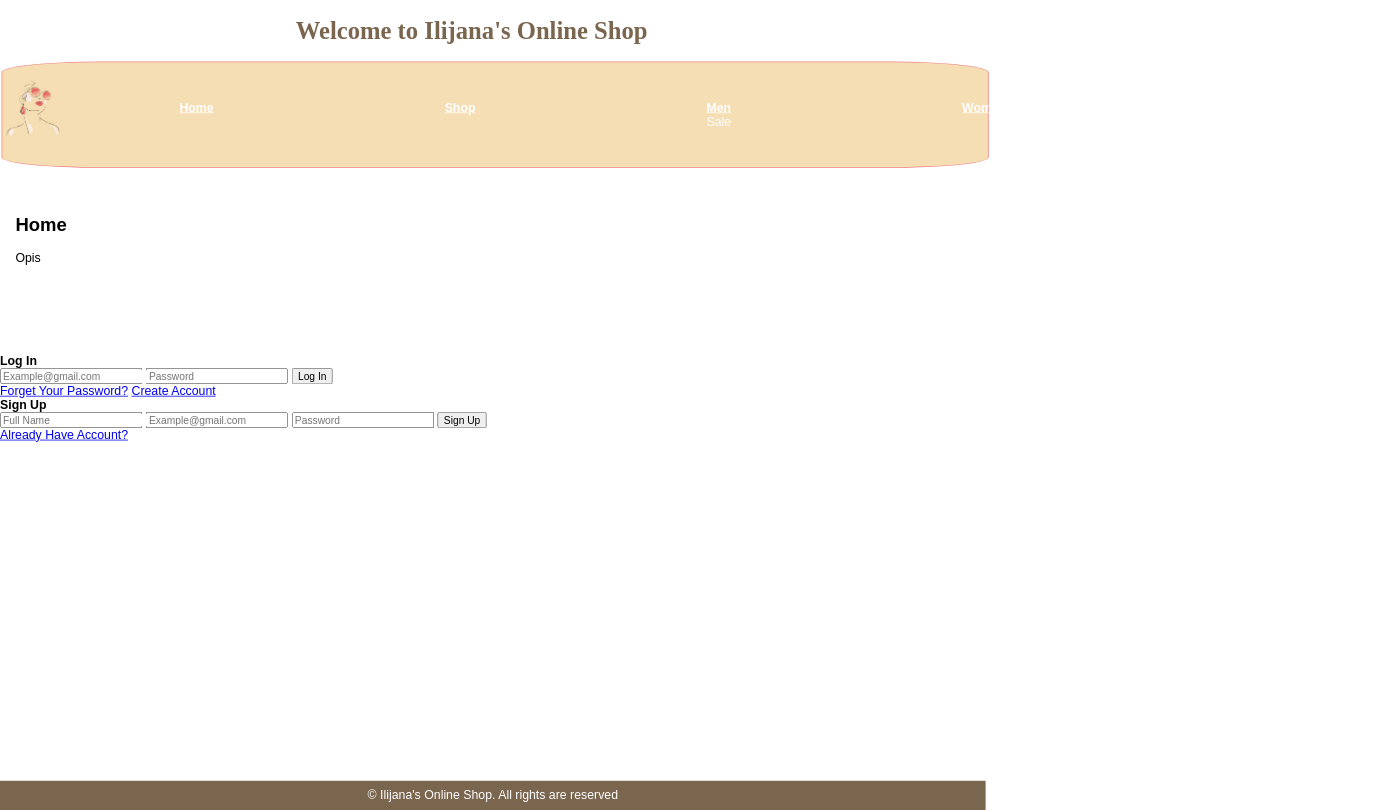
Repository: ilijana123/Proekt1
Page: html.html
These files come from the project's save history. The page is drawn as it stood at one moment and after the next save; the edit follows.
The browser window is 1280 px wide. The page is 1801 px wide, so the pictures cover 1801 px, including what lies to the right of the window. The pictures show the whole page, at 77% of full size.

Above is the page before, as saved 2023-11-13 02:08:30.

### html.html
<!DOCTYPE html>
<html>
    <head>

    <meta charset="utf-8">
    <title>Online shop</title>
    <link rel="stylesheet" type="text/css" href="1.css">
    <script src="script.js"></script>

    </head>

    <body>
    <header>
       <h1>Welcome to Ilijana's Online Shop</h1>
    </header>

    <nav>
        <div class="social-call">
        <div class="social">
            <a href="#"><i class="fab fa-facebook-f"></i></a>
            <a href="#"><i class="fab fa-twitter"></i></a>
            <a href="#"><i class="fab fa-youtube"></i></a>
            <a href="#"><i class="fab fa-instagram"></i></a>
        </div>
        </div>
        <div class="navigation">
            <a href="#" class="logo"><img src="logo.png"></a>
            <div class="toggle"></div>
            <ul class="menu">
            <li><a href="#">Home</a></li>
            <li  class="shop"><a href="#" >Shop</a></li>
            <li><a href="#">Men</a>
                <span class="sale-lable">Sale</span>
            </li>
            <li><a href="#">Women</a></li>
            <li><a href="#">Kids</a></li>
            </ul>
            <div class="right-menu">
            <a href="javascript:void(0);" class="search">
                <i class="fas fa-search"></i>
            </a>
            <a href="javascript:void(0);" class="user">
                <i class="far fa-user"></i>
            </a>
            <a href="#">
                <i class="fas fa-shopping-cart">
                    <span class="num-cart-product">0</span>
                </i>
            </a>
            </div>
        </div>
    </nav>

       <section id="home">
            <h2>Home</h2>
            <p>Opis</p>
        </section>
        <section id="contact"></section>
            <div class="form">
                <div class="login-form">
                    <a href="javascript:void(0);" class="form-cancel">
                        <i class="fas fa-times"></i>
                    </a>
                    <strong>Log In</strong>
                    <form>
                        <input type="email" name="email" placeholder="Example@gmail.com" required/>
                        <input type="password" name="password" placeholder="Password" required/>
                        <input type="submit" value="Log In"/>
                    </form>
                    <div class="form-btns">
                        <a href="#" class="forget">Forget Your Password?</a>
                        <a href="javascript:void(0);" class="sign-up-btn">Create Account</a>
                    </div>
                </div>
                    <div class="sign-up-form">
                    <a href="javascript:void(0);" class="form-cancel">
                        <i class="fas fa-times"></i>
                    </a>
                        <strong>Sign Up</strong>
                        <form>
                            <input type="text" name="fullname" placeholder="Full Name" required/>
                            <input type="email" name="email" placeholder="Example@gmail.com" required/>
                            <input type="password" name="password" placeholder="Password" required/>
                            <input type="submit" value="Sign Up"/>
                        </form>
                        <div class="form-btns">
                            <a href="javascript:void(0);" class="already-account">
                                Already Have Account?</a>

                        </div>
                    </div>
            </div>
       </section>

       <section id="category1"></section>
       <section id="category2"></section>
       <section id="category3"></section>
       <section id="instagram"></section>
      <section id="survey">
      </section>
      <section id="questionnaire">
      </section>
      <section id="contact">
      </section>
       <footer> &copy; Ilijana's Online Shop. All rights are reserved</footer>

    </body>
</html>

### 1.css
h1  {
        font-family: fantasy;
        color:rgb(122, 101, 79);
        position:relative;
        margin-left: 30%;
    }
    body
    {
        margin: 0;
        padding: 0;
        font-family: Arial, sans-serif;
    }
    .navigation
    {
        display:flex;
        justify-content: space-between;
        allign-items: center;
        background-color: wheat;
        margin:auto;
        position: relative;
        color: white;
        padding:auto;
        left: 2px;
        right: 2px;
        width: 100%;
        z-index: 100;
        border: 1px solid rgba(0,0,0,03);
        border-radius: 10%;
        border-color: lightcoral;
    }
    nav ul
    {
        list-style-type: none;
        margin: 0;
        padding: 0;
        display: flex;
        margin-top: 50px;
        flex-direction: row;
    }
    nav ul li
    {
        display: block;
        margin-bottom: 50px;
        margin-right: 150px;
        margin-left:150px;
    }
    section {
        padding: 20px;
        margin: 20px 0;
    }
    nav a
    {
        color: white;
        font-weight:bolder;
        size: 50px;
    }
    nav a:hover {
        color:rgb(122, 101, 79);
    }

    footer {
        background-color:rgb(122, 101, 79);
        color: white;
        text-align: center;
        padding: 10px;
    }
    .logo img
    {
        height: 80px;
        margin-top: 20px;
    }

### script.js
function btnClicked()
{
    document.location.href="html1.html";
}

After the next save:
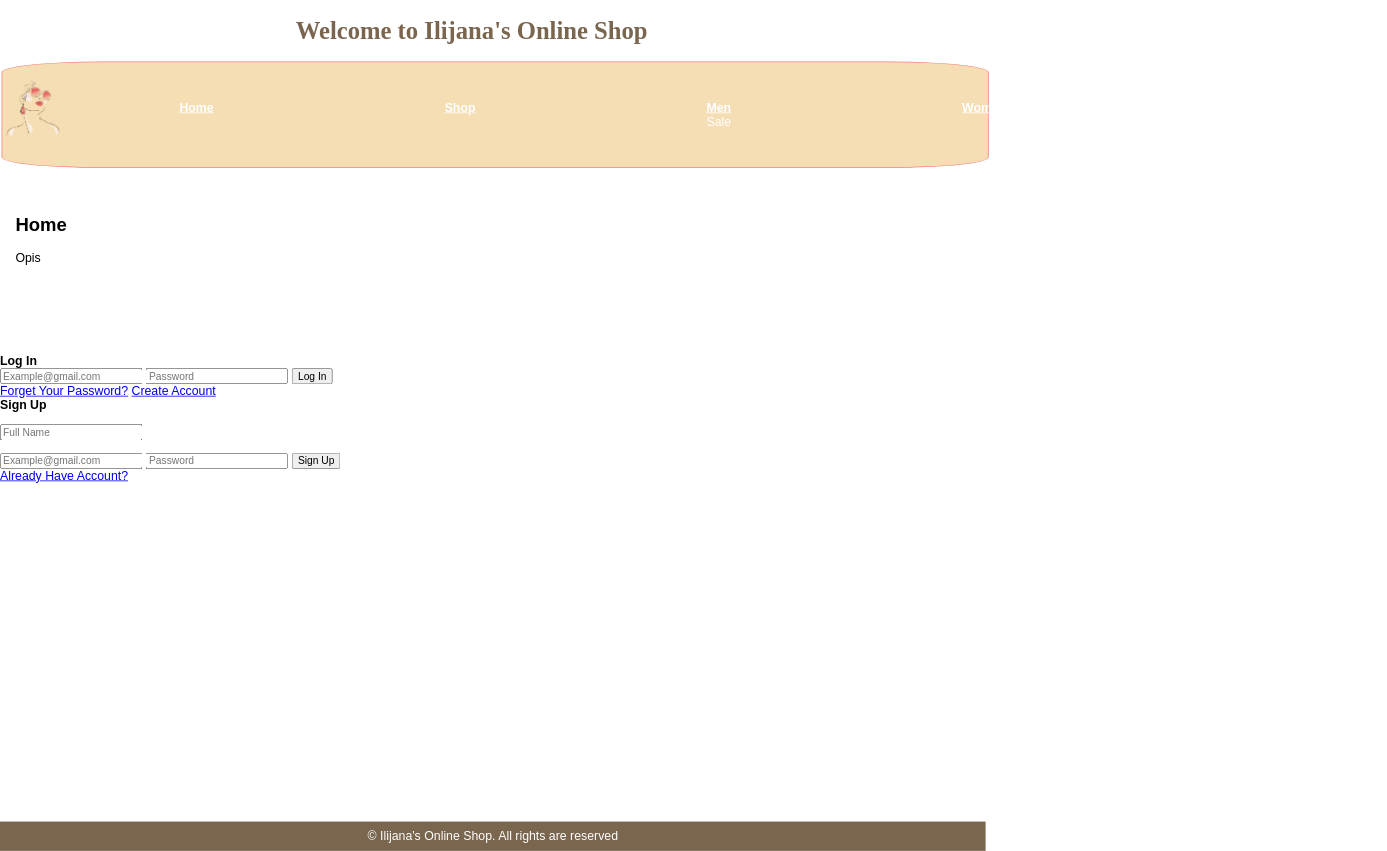
Saved 37 s later.
--- a/html.html
+++ b/html.html
@@ -78,7 +78,7 @@
                     </a>
                         <strong>Sign Up</strong>
                         <form>
-                            <input type="text" name="fullname" placeholder="Full Name" required/>
+                            <p><input type="text" name="fullname" placeholder="Full Name" required/></p>
                             <input type="email" name="email" placeholder="Example@gmail.com" required/>
                             <input type="password" name="password" placeholder="Password" required/>
                             <input type="submit" value="Sign Up"/>
